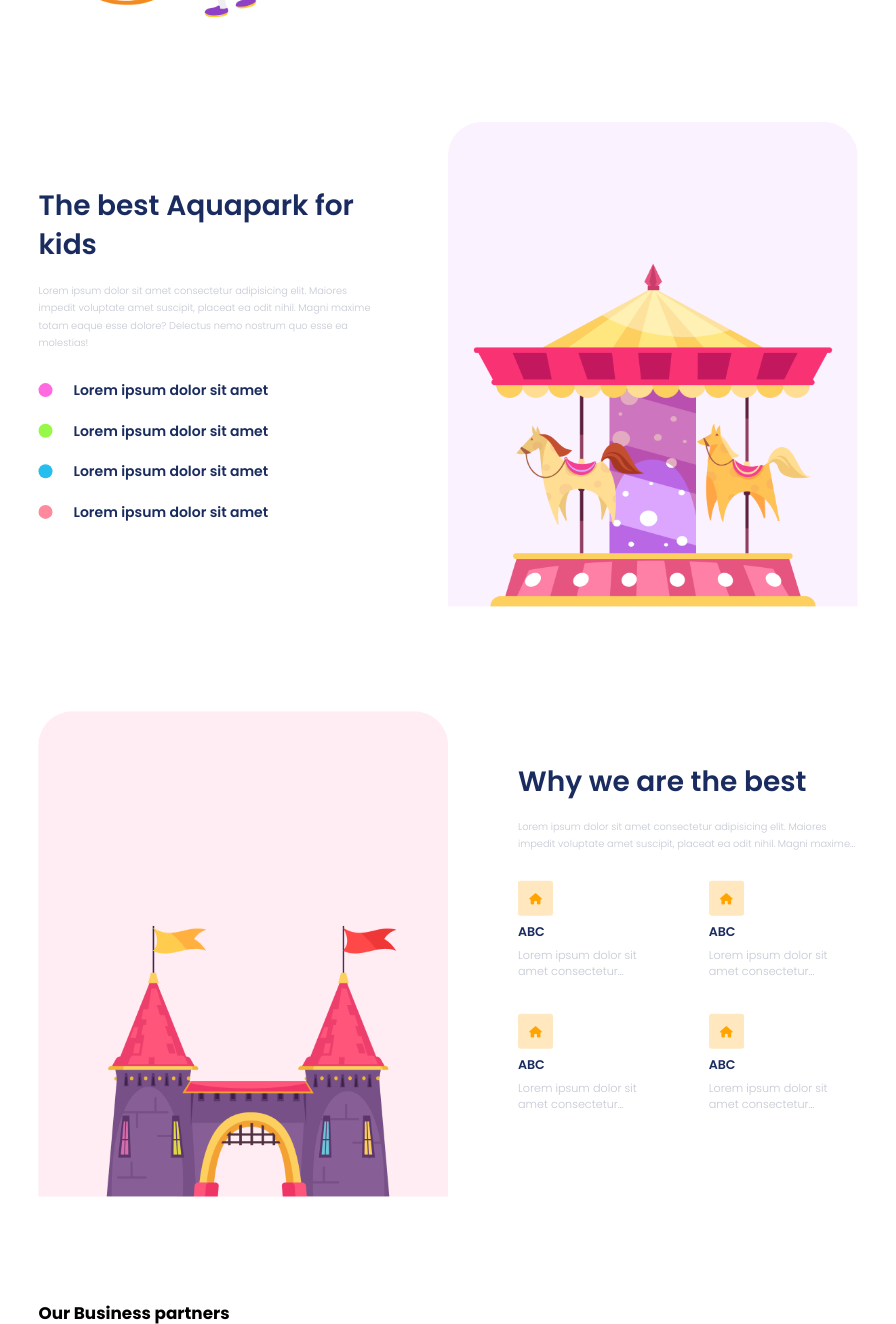
Repository: khuong30082000/the-playground
Page: index.html
These files come from the project's save history. The page is drawn as it stood at one moment and after the next save; the edit follows.
The browser window is 1280 px wide. The pictures show the part of the page from y = 2026 to 3946 px (the page is 3918 px tall before and 3946 px after), at 70% of full size.
Some web libraries are served in a nearby version. The style sheet was rebuilt from its Sass, Less or Tailwind sources for each picture, by a compiler version that may differ from the author's.

Above is the page before, as saved 2022-06-20 22:37:13.

After the next save:
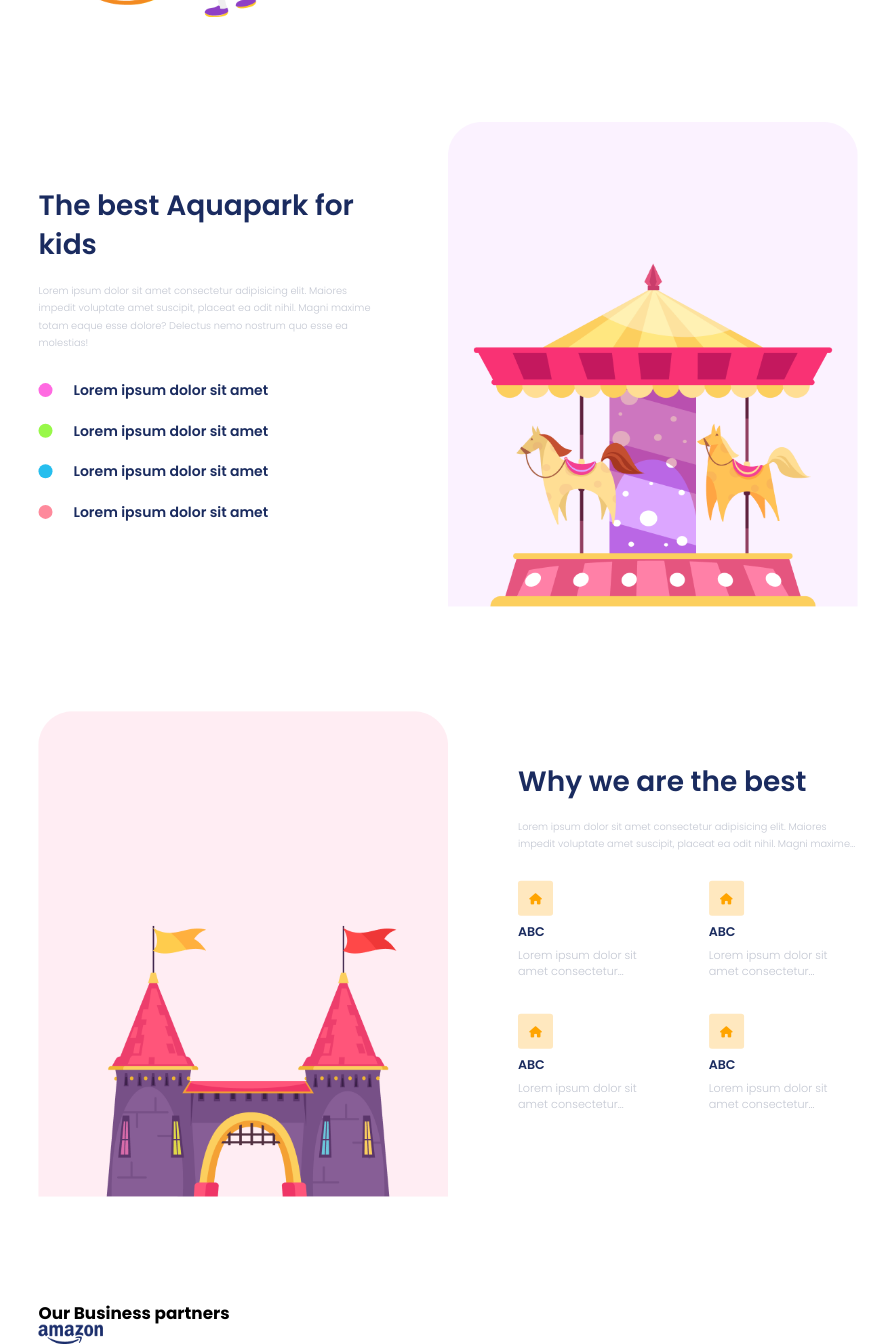
Saved 17 s later.
--- a/index.html
+++ b/index.html
@@ -169,7 +169,7 @@
         <h2 class="partner__title">Our Business partners</h2>
         <ul class="partner__list">
           <li class="partner__item">
-            <img src="" alt="" class="partner__logo">
+            <img src="images/logo-amazon.png" alt="" class="partner__logo">
           </li>
           <li class="partner__item">
             <img src="" alt="" class="partner__logo">
